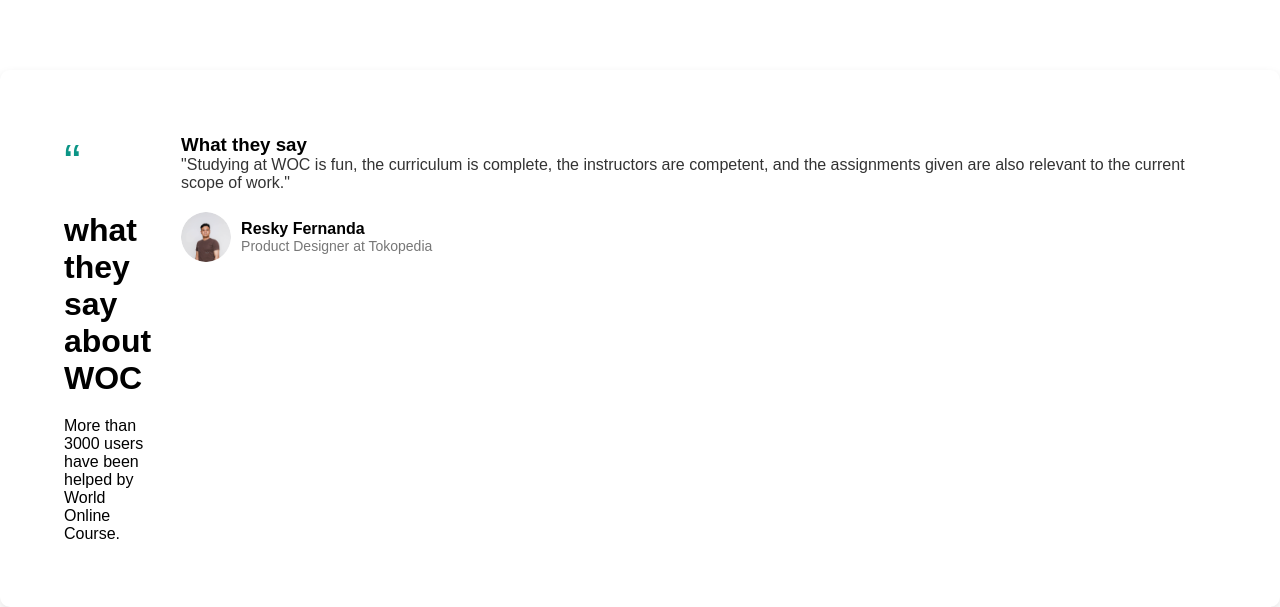
Repository: MaramNabil872/Landing-Page
Page: landingPage.html
The author's editor kept a copy of each file at every save. The page is drawn from the files as they stood at one save, then again after a run of saves.
The browser window is 1280 px wide. The pictures show the part of the page from y = 4333 to 4940 px (the page is 4940 px tall before and 4699 px after).
A picture or video elsewhere on the page could not be fetched, so the positions and the page height are approximate.

Above is the page before, as saved 2024-10-22 16:07:09.

### landingPage.html
<!DOCTYPE html>
<html lang="en">
    <head>
        <meta charset="UTF-8" />
        <meta name="viewport" content="width=device-width, initial-scale=1.0" />
        <title>Landing Page</title>
        <link rel="stylesheet" href="landingPage.css" />
    </head>
    <body>
        <nav class="navbar">
            <div class="logo">MyLogo</div>

            <ul class="nav-links">
                <li><a href="#home">Home</a></li>
                <li><a href="#about">About</a></li>
                <li><a href="#services">Services</a></li>
                <li><a href="#contact">Contact</a></li>
            </ul>
            <div class="call">
                <p>call us</p>
                <h3>+2 01017345</h3>
            </div>
        </nav>

        <div class="image-container">
            <img
                src="images/solar-panels-meadow 1.png"
                alt="Background Image"
                class="background-image"
            />
            <div class="main-text">
                <h2 class="text-wallpaper">
                    Solar Panel Installers <br />
                    In Plymouth
                </h2>
                <br />
                <p class="text-paragraph">
                    Fueled is an award-winning technology consultancy that
                    transforms <br />
                    businesses by generating ideas, building products, and
                    accelerating<br />
                    growth.
                </p>
                <div class="button-container">
                    <button class="button-wallpaper1">Call Us Today</button>
                    <button class="button-wallpaper2">
                        Requst a call back
                    </button>
                </div>
            </div>
        </div>

        <!-- first container -->

        <div class="container1">
            <div class="text-container1">
                <p class="title-container1">
                    The Friendliest Installers <br />in the South-West
                </p>
                <p class="paragraph-container1">
                    At Solidarity Solar our aims are to help our customers
                    towards a sustainable future and genuinely care about the
                    quality of products we use for our installs. We never sell
                    you equipment you don't need and will always advise to the
                    best of our ability, No hard sell or pushy sales tactics
                    ever. We take pride in our work and do our best to make sure
                    that we meet, or exceed, our customers' expectations.
                </p>
                <div class="last-container1">
                    <p>
                        <span class="number-container1">01/ </span>Collaborate
                        with 100+ leading
                    </p>
                    <p>
                        <span class="number-container1">02/ </span> 100+ leading
                        universities and companies
                    </p>
                    <p>
                        <span class="number-container1">03/ </span> leading
                        universities and companies
                    </p>
                    <p>
                        <span class="number-container1">04/ </span> universities
                        and companies
                    </p>
                </div>
            </div>
            <div class="image-container1">
                <img src="images/Rectangle 30.png" alt="solar" />
            </div>
        </div>

        <!-- second section -->

        <div class="section2">
            <img src="images/middle.png" alt="img" />
            <div class="main-text">
                <h2 class="section2-text">Power that Doesn't Cost the Earth</h2>
                <h6 class="section2-paragraph">
                    If you need advice then give us a call on 07745593882 or hit
                    the <br />
                    button below to request a call back!
                </h6>
                <button class="button-wallpaper2">Call Us Today</button>
            </div>
        </div>

        <!-- third section -->

        <div class="white-container">
            <h2 class="title">Solar Kits</h2>
            <p class="text">
                Complete solar system kits, ready for installation. They can be
                used to supplement on-grid housing, a complete self-sustaining
                home or some combination of the two.
            </p>

            <div class="card-container">
                <div class="card">
                    <img src="images/1.png" alt="Image 2" class="card-image" />
                    <h3 class="card-title">Off Grid</h3>
                    <p class="card-text">
                        WOC has contributed to students so that they can work in
                        their dream company, we will continue to stick to our
                        commitment to create an advanced generation,
                    </p>
                    <a href="#" class="card-link">View Products →</a>
                </div>
                <div class="card">
                    <img
                        src="images/solar-panels-meadow 2 (1).png"
                        alt="Image 3"
                        class="card-image"
                    />
                    <h3 class="card-title">On Grid</h3>
                    <p class="card-text">
                        WOC has contributed to students so that they can work in
                        their dream company, we will continue to stick to our
                        commitment to create an advanced generation,
                    </p>
                    <a href="#" class="card-link">View Products →</a>
                </div>
                <div class="card">
                    <img
                        src="images/solar-panels-meadow 3.png"
                        alt="Image 1"
                        class="card-image"
                    />
                    <h3 class="card-title">Hybrid</h3>
                    <p class="card-text">
                        WOC has contributed to students so that they can work in
                        their dream company, we will continue to stick to our
                        commitment to create an advanced generation,
                    </p>
                    <a href="#" class="card-link">View Products →</a>
                </div>
            </div>
        </div>

        <!-- forth section -->

        <div class="forth-image">
            <img src="images/8116 1 (1).png" alt="Full Width Image" />
            <div class="overlay-text">
                <h2 class="overlay-title">Repairs Over Replacement</h2>
                <p class="overlay-paragraph">
                    We approach every aspect of our business with sustainability
                    in mind. That's why we believe it's always worth trying to
                    fix a system before outright replacing it, wherever possible
                    – it requires fewer materials and is easier on the planet,
                    as well as your wallet! If another company tells you that
                    your system needs to be replaced, just give us a call and
                    we'll see if we can repair it first.
                </p>
            </div>
        </div>

        <!-- fifth section -->

        <div class="forth">
            <div class="container4">
                <div class="text-section4">
                    <img
                        class="logoimg"
                        src="https://www.logoai.com/oss/icons/2021/10/27/l1eXTxm2w7TM6t9.png"
                    />
                    <h1>Energy Innovators - the products we love</h1>
                    <p class="paragraph-container1">
                        Lorem ipsum dolor sit amet consectetur. Suspendisse
                        suspendisse tempor et ipsum sit egestas nunc. Diam in
                        cum a in.
                    </p>
                </div>
                <div class="card-section4">
                    <div class="card4">
                        <img
                            src="images/image 9.png"
                            alt="Image 1"
                            class="card-image"
                        />
                        <h3 class="card-title">
                            SoliTek - The European Manufacturer of Solar Panels
                        </h3>
                        <p class="card-text">
                            We work closely importing solar panels from Solitek,
                            they offer 30 year warranties on their panels and
                            are constantly coming up with new ideas - including
                            their solar greenhouse.
                        </p>
                        <a href="#" class="card-link">View Products →</a>
                    </div>
                    <div class="card4">
                        <img
                            src="images/image 9.png"
                            alt="Image 2"
                            class="card-image4"
                        />
                        <h3 class="card-title4">
                            Sunsynk - No Power No Problem
                        </h3>
                        <p class="card-text4">
                            Sunsynk build the most versatile hybrid inverter on
                            the market, designed to take up to 7kW of solar on a
                            standard domestic supply - for simultaneous battery
                            charging and household usage.
                        </p>
                        <a href="#" class="card-link">View Products →</a>
                    </div>
                    <div class="card4">
                        <img
                            src="images/image 9.png"
                            alt="Image 3"
                            class="card-image4"
                        />
                        <h3 class="card-title4">
                            BYD - Electrifying Transport
                        </h3>
                        <p class="card-text4">
                            We use battery cells made by BYD, a market leader in
                            lithium batteries. BYD batteries are in cars,
                            trucks, and buses - they build robust batteries.
                        </p>
                        <a href="#" class="card-link">View Products →</a>
                    </div>
                    <div class="card4">
                        <img
                            src="images/image 9.png"
                            alt="Image 4"
                            class="card-image4"
                        />
                        <h3 class="card-title4">REC - Solar's Most Trusted</h3>
                        <p class="card-text4">
                            REC - Renewable Energy Corporation, are one of the
                            longest trading names in solar. They know how to be
                            truly sustainable in this industry - their panels
                            are 100% lead free and have the most trusted
                            warranty in solar.
                        </p>
                        <a href="#" class="card-link">View Products →</a>
                    </div>
                </div>
            </div>
        </div>

        <!-- fifth section -->

        <div class="white-container">
            <h2 class="title5">Our values</h2>
            <p class="text">
                More than 3000 users have been helped by World Online Course.
            </p>

            <div class="card-container">
                <div class="card5">
                    <img
                        src="https://logos-world.net/wp-content/uploads/2023/07/Threads-Logo.png"
                        alt="Image 2"
                        class="card-image5"
                    />
                    <h3 class="card-title">Customer Care</h3>
                    <p class="card-text">
                        We're here to help you with solar panel installation in
                        Devon and Cornwall. If we were to sum ourselves up in a
                        few words, those would be "reliable, honest and
                        friendly." We find our customers agree! We're with you
                        from the start of the project to the finish.
                    </p>
                </div>
                <div class="card5">
                    <img
                        src="https://logos-world.net/wp-content/uploads/2023/07/Threads-Logo.png"
                        alt="Image 3"
                        class="card-image5"
                    />
                    <h3 class="card-title">Price</h3>
                    <p class="card-text">
                        As I'm sure you'll have seen, solar systems don't tend
                        to come cheap. Our aim is to make solar power accessible
                        to everyone, so we price ourselves in a way that makes
                        solar energy more affordable. We're focused on helping
                        you and on helping the environment, rather than on
                        turning a profit.
                    </p>
                </div>
                <div class="card5">
                    <img
                        src="https://logos-world.net/wp-content/uploads/2023/07/Threads-Logo.png"
                        alt="Image 1"
                        class="card-image5"
                    />
                    <h3 class="card-title">Sustainability</h3>
                    <p class="card-text">
                        As we've said, we do this because we truly care about
                        the planet and about seeing people embrace a greener,
                        more eco-friendly approach to power. The world of green
                        energy can be jargon-filled and opaque, so we want to
                        help educate people on the big and little things they
                        can do to protect our planet!
                    </p>
                </div>
            </div>
        </div>

        <!-- sixth section -->

        <div class="testimonial-container">
            <div class="testimonial-left">
              <div class="quote-icon">
                <span>“</span>
              </div>
              <div class="testimonial-title">
                <h1>what they say <br> about WOC</h1>
                <p>More than 3000 users have been helped by World Online Course.</p>
              </div>
            </div>

            <div class="testimonial-right">
              <div class="testimonial-card">
                <h3 class="testimonial-heading">What they say</h3>
                <p class="testimonial-text">
                  "Studying at WOC is fun, the curriculum is complete, the instructors are competent, and the assignments given are also relevant to the current scope of work."
                </p>
                <div class="testimonial-author">
                  <img src="images/EDITED-27 - Copy 1.png" alt="Avatar" class="testimonial-avatar">
                  <div class="author-info">
                    <h4>Resky Fernanda</h4>
                    <p>Product Designer at Tokopedia</p>
                  </div>
                </div>
                <div class="testimonial-arrows">
                  <span class="arrow-left">←</span>
                  <span class="arrow-right">→</span>
                </div>
              </div>
            </div>
          </div>

    </body>
</html>

### landingPage.css
* {
    margin: 0;
    padding: 0;
    box-sizing: border-box; /* Added for consistent sizing */
}

body {
    font-family: Arial, sans-serif;
}
@media (max-width: 480px) {
    .text-overlay {
        font-size: 1.2rem; /* Even smaller text size for very small screens */
    }

    .call h3 {
        font-size: 1.2rem; /* Adjust call size for small screens */
    }
}
@media (max-width: 768px) {
    .navbar {
        flex-direction: column; /* Stack items vertically */
        align-items: flex-start; /* Align items to the left */
    }

    .nav-links {
        margin-top: 10px; /* Space between navbar and links */
    }

    .nav-links li {
        margin-left: 0;
        margin-bottom: 10px; /* Space between links */
    }

    .text-overlay {
        font-size: 1.5rem; /* Smaller text size for mobile */
    }
}


.navbar {
    background-color: #0b9586;
    display: flex;
    justify-content: space-between;
    align-items: center;
    padding: 10px 100px;
    position: relative;
    flex-wrap: wrap;
}

.logo {
    color: #fff;
    font-size: 24px;
}

.nav-links {
    list-style: none;
    display: flex;
    flex-wrap: wrap; /* Allow links to wrap on smaller screens */
}

.nav-links li {
    margin-left: 20px;
}

.nav-links a {
    text-decoration: none;
    color: white;
    font-size: 18px;
    transition: color 0.3s;
}

.nav-links a:hover {
    color: #f0a500;
}

.call {
    color: #fff;
    text-align: right; /* Align text to the right */
}

.image-container {
    position: relative;
    width: 100%;
    height: 100vh;
    overflow: hidden;
}

.background-image {
    width: 100%;
    height: 100%;
    object-fit: cover;
}
.main-text{
    position: absolute;
    top: 40%;
    left:5%;
}
.text-wallpaper {


    color: white;
    font-size: 40px;
    font-weight: bold;
    text-shadow: 2px 2px 4px rgba(0, 0, 0, 0.5);
}
.text-paragraph{
    color: white;
    font-size:  18px;

}
.button-container{
    display: flex;
}
.button-wallpaper1 {
    background-color: #0b9586;
    color: white;
    border: none;
    border-radius: 20em;
    padding: 0.8em 1.5em 0.8em 1.2em;
    width: 40%;
    margin: 4%;
    height: 50px;
    font-size: 16px;
    cursor: pointer;
    align-items: center;

}
.button-wallpaper2 {
    background-color:  #FFBB1C;
    ;
    color: white;
    border: none;
    border-radius: 20em;
    padding: 0.8em 1.5em 0.8em 1.2em;
    width: 40%;
    margin: 4%;
    height: 50px;
    font-size: 16px;
    cursor: pointer;
    align-items: center;

}

.container1 {
    display: flex;
    background-color: white;
    padding-top: 10%;
    border-radius: 8px;
    max-width: 1200px;
    margin: 20px auto;


}
.title-container1{
    font-size: 37px;
    font-weight: bold;


}
.text-container1 {
   flex:1;
    padding-right:5%;
padding-left: 5%;}
.paragraph-container1{
    margin-top: 5%;
    line-height: 1.3;
}

.last-container1{
    font-size: 20px;
    font-weight: bold;
    padding-top: 10%;
    line-height: 1.6;
    .number-container1{
        color:#84BD3A;
        ;
    }
}
.image-container1 {
   flex:1
}

.image-container1 img {
    width: 75%;
    height: auto;
    border-radius: 8px;
}


.section2 {
    position: relative;
    width: 100%;
    overflow: hidden;
}

.section2 img {
    width: 100%;
    height: auto; }

.section2-text {
font-size: 35px;
    color: white;

}
.section2-paragraph{
    padding-top: 5%;
    line-height: 1.5;

    font-size: 16px;
    color: white;
}

/* third section */
.white-container {
    background-color: white;
    padding: 5%;
    max-width: 1200px;
    margin: 2% auto;
}

.title {
    margin-bottom: 2%;
    font-size: 24px;
    color: #333;
    text-align: center;

}

.text {
    margin-bottom: 2%;
    font-size: 16px;
    color: #555;
    line-height: 1.5;
    text-align: center;
}

.card-container {
    display: flex;
    justify-content: space-between;
    margin-top: 4%;
}

.card {
    background-color: #f9f9f9;
    border-radius: 8px;
    box-shadow: 0 1px 4px rgba(0, 0, 0, 0.1);
    padding: 15px;
    text-align: center;
    flex: 1;
    margin: 0 10px;
}

.card-image {
    width: 100%;
    height: auto;
    border-radius: 4px;
}

.card-title {
    font-size: 18px;
    color: #333;
    margin-top: 5%;

}

.card-text {
    font-size: 14px;
    color: #555;
    margin-top: 5%;
    margin-bottom: 5%;
    line-height: 1.5;

}

.card-link {
    text-decoration: none;
    color: #007bff;
    font-weight: bold;
}

.card-link:hover {
    text-decoration: underline;
}
@media (max-width: 768px) {
    .card-container {
        flex-direction: column;
    }

    .card {
        flex: 1 1 100%;
        max-width: 100%;
        margin: 10px 0;
    }
}

/* forth css */

.forth-image {
    position: relative;
    width: 100%;
    overflow: hidden;
}

.forth-image img {
    width: 100%;
    height: auto;
}

.overlay-text {
    position: absolute;
    top: 50%;
    left: 50%;
    transform: translate(-50%, -50%);
    color: white;
    text-align: center;
    padding: 20px;
    background-color: rgba(0, 0, 0, 0.5);
    border-radius: 4px;
}
.overlay-title{
    margin-top: 5%;
    margin-bottom: 5%;
    font-size: 30px;

}
.overlay-paragraph{
    margin-top: 4%;
    line-height: 1.5;
    font-size: 16px;

}

/* //forth section// */

.forth{
    background-color:#a8790b0d;
}
.container4 {
    display: flex;
    max-width: 1200px;
    margin-left: 5%;


}
.logoimg{
    height: 8%;
    width: 20%;
}
.text-section4 {
    flex: 0 0 25%;
    padding: 20px;
    padding-top: 5%;

}

.card-section4 {

    flex: 0 0 75%;
    display: flex;
    flex-wrap: wrap;
    justify-content: space-between;
    padding: 5%;
}

.card4 {

    background-color: #3cab8f10;
    border-radius: 8px;
   border: 1px solid #3CAB90;
    padding: 15px;

    flex: 0 0 calc(50% - 10px);
    margin: 5px;
}

.card-image4 {
    width: 100%;
    height: auto;
    border-radius: 4px;
}

.card-title4 {
    font-size: 18px;
    color: #333;
    margin: 10px 0;
}

.card-text4 {
    font-size: 14px;
    color: #555;
    margin: 10px 0;
}

.card-link4 {
    text-decoration: none;
    color: #007bff;
    font-weight: bold;
}

.card-link4:hover {
    text-decoration: underline;
}


@media (max-width: 768px) {
    .container4 {
        flex-direction: column;
    }

    .text-section4 {
        flex: 1 1 100%;
    }

    .card-section4 {
        flex: 1 1 100%;
        display: flex;
        flex-wrap: wrap;
    }

    .card4 {
        flex: 0 0 100%;
        margin: 10px 0;
    }
}


.card5 {
    background-color: #f9f9f9;
    background-color: #3cab8f10;
    border-radius: 8px;
   border: 1px solid #3CAB90;
    padding: 15px;
    flex: 1;
    margin: 0 10px;
}
.card-image5{
    width: 25%;
    height: auto;
    border-radius: 4px;
}
.title5 {
    margin: 4%;
    margin-bottom: 2%;
    font-size: 24px;
    color: #333;
    text-align: center;

}


/* sixth section */





  .testimonial-container {
    display: flex;
    background-color: white;
    padding: 5%;
    border-radius: 10px;
    box-shadow: 0 4px 10px rgba(0, 0, 0, 0.1);
    width: 100%;
  }

  .testimonial-left {
    flex: 1;
    padding-right: 30px;
  }

  .quote-icon span {
    font-size: 50px;
    color: #0b9586;
  }

  .testimonial-title h1 {
    font-size: 32px;
    margin: 20px 0;
  }

  .sixth-title p {
    font-size: 16px;
    color: #777;
  }

  .sixth-right {
    flex: 1;
    display: flex;
    justify-content: center;
    align-items: center;
  }

  .sixth-card {
    background-color: #f2f9f8;
    border-radius: 10px;
    padding: 20px;
    height: 286px;
    text-align: left;
    position: relative;
    box-shadow: 0 2px 8px rgba(0, 0, 0, 0.1);

  }

  .sixth-heading {
    color: #0b9586;
    font-size: 18px;
    margin-bottom: 2%;
    margin-top: 4%;
  }

  .testimonial-text {
    font-size: 16px;
    color: #333;
    margin-bottom: 20px;
  }

  .testimonial-author {
    display: flex;
    align-items: center;
    margin-top: 20px;
  }

  .testimonial-avatar {
    width: 50px;
    height: 50px;
    border-radius: 50%;
    margin-right: 10px;
  }

  .author-info h4 {
    font-size: 16px;
    margin: 0;
  }

  .author-info p {
    font-size: 14px;
    color: #777;
    margin: 0;
  }

  .testimonial-arrows {
    position: absolute;
    bottom: 20px;
    right: 20px;
    display: flex;
    gap: 10px;
  }

  .arrow-left, .arrow-right {
    background-color: #0b9586;
    color: white;
    padding: 10px;
    border-radius: 50%;
    cursor: pointer;
  }

  .arrow-left:hover, .arrow-right:hover {
    background-color: #087d6f;
  }

  /* Responsive adjustments */
  @media (max-width: 768px) {
    .testimonial-container {
      flex-direction: column;
      padding: 20px;
    }

    .testimonial-left {
      text-align: center;
      padding-right: 0;
      margin-bottom: 20px;
    }
  }

After the next 2 saves:
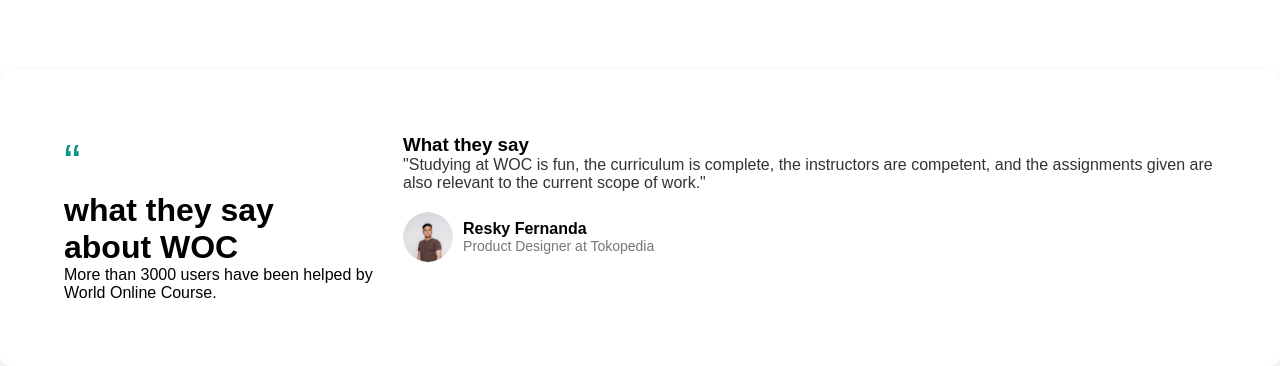
The 2 saves are shown as one change because they came seconds apart.
The last was saved 9 s later.
--- a/landingPage.css
+++ b/landingPage.css
@@ -463,7 +463,7 @@ font-size: 35px;
     width: 100%;
   }
 
-  .testimonial-left {
+  .sixth-left {
     flex: 1;
     padding-right: 30px;
   }
@@ -473,7 +473,7 @@ font-size: 35px;
     color: #0b9586;
   }
 
-  .testimonial-title h1 {
+  .sixth-title h1 {
     font-size: 32px;
     margin: 20px 0;
   }
